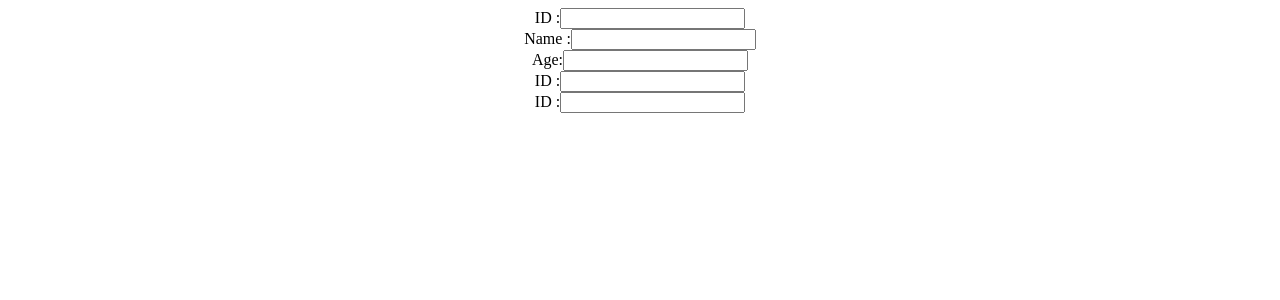
Repository: Thaneshwara848/Hibernate_BackEnd
Page: Register/src/main/webapp/Register.html
These files come from the project's save history. The page is drawn as it stood at one moment and after the next save; the edit follows.
The browser window is 1280 px wide. The pictures show the whole page.

Above is the page before, as saved 2022-11-06 17:02:00.

### Register/src/main/webapp/Register.html
<!DOCTYPE html>
<html>
<head>
<meta charset="UTF-8">
<title>Insert title here</title>
</head>
<body>
<center>
	<form action="Register">
		ID :<input type="text" name="uid"><br>
		Name :<input type="text" name="uname"><br>

		Age:<input type="text" name="uage"><br>

		ID :<input type="text" name="usalary"><br>

		ID :<input type="text" name="udesig"><br>

	</form>
</center>

</body>
</html>

After the next save:
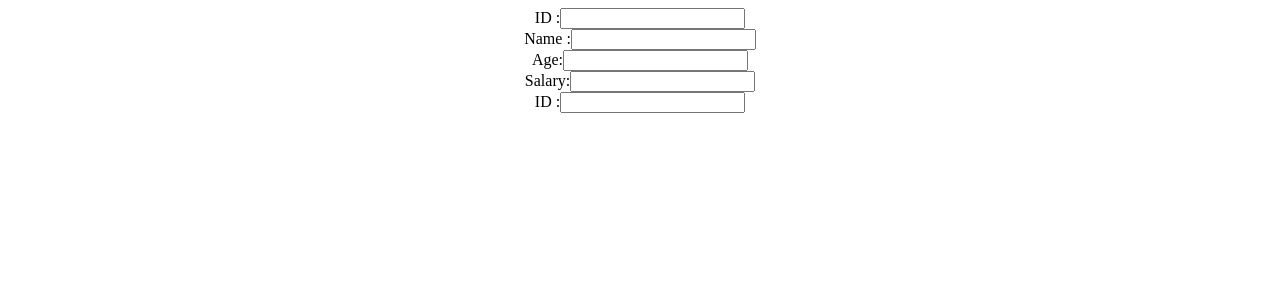
Saved 5 s later.
--- a/Register/src/main/webapp/Register.html
+++ b/Register/src/main/webapp/Register.html
@@ -12,7 +12,7 @@
 
 		Age:<input type="text" name="uage"><br>
 
-		ID :<input type="text" name="usalary"><br>
+		Salary:<input type="text" name="usalary"><br>
 
 		ID :<input type="text" name="udesig"><br>
 
